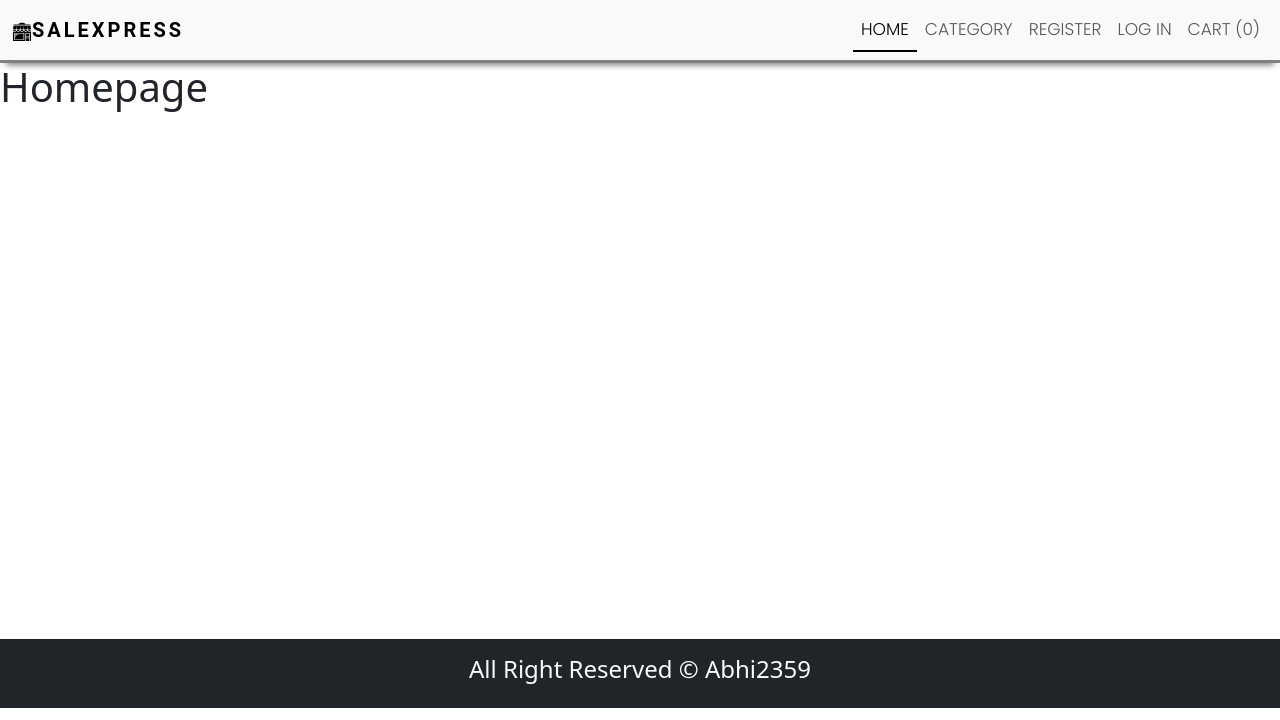
Repository: Abhi2359/SaleXpress
Page: / (app in client/)
These files come from the project's save history. The page is drawn as it stood at one moment and after the next save; the edit follows.
The browser window is 1280 px wide. The pictures show the whole page.
The project was rebuilt for these pictures with package versions that can differ from the ones it lists, and the page was loaded fresh each time. Also part of the build but not shown: client/vite.config.js, client/src/pages/About.jsx, client/src/pages/Policy.jsx, client/src/pages/PageNotFound.jsx.

Above is the page before, as saved 2023-05-08 19:24:53.

### client/index.html
<!DOCTYPE html>
<html lang="en">
  <head>
    <meta charset="UTF-8" />
    <link href="https://cdn.jsdelivr.net/npm/bootstrap@5.3.0-alpha3/dist/css/bootstrap.min.css" rel="stylesheet" integrity="sha384-KK94CHFLLe+nY2dmCWGMq91rCGa5gtU4mk92HdvYe+M/SXH301p5ILy+dN9+nJOZ" crossorigin="anonymous">
    <meta name="viewport" content="width=device-width, initial-scale=1.0" />
    <title>SaleXpress</title>
  </head>
  <body>
    <div id="root"></div>
    <script src="https://cdn.jsdelivr.net/npm/bootstrap@5.3.0-alpha3/dist/js/bootstrap.bundle.min.js" integrity="sha384-ENjdO4Dr2bkBIFxQpeoTz1HIcje39Wm4jDKdf19U8gI4ddQ3GYNS7NTKfAdVQSZe" crossorigin="anonymous"></script>
    <script type="module" src="/src/main.jsx"></script>
  </body>
</html>

### client/src/main.jsx
import React from 'react'
import ReactDOM from 'react-dom/client'
import App from './App.jsx'
import './index.css'
import {BrowserRouter} from "react-router-dom"

ReactDOM.createRoot(document.getElementById('root')).render(
  <BrowserRouter>

  <React.StrictMode>
    <App />
  </React.StrictMode>
  </BrowserRouter>
)

### client/src/App.jsx

import {Routes,Route} from "react-router-dom"
import Homepage from "./pages/HomePage"
import About from "./pages/About"
import Policy from "./pages/Policy"
import PageNotFound from "./pages/PageNotFound"
function App() {

  return (
    <>

<Routes>
  <Route path='/' element={<Homepage/>}/>
  <Route path='/about' element={<About/>}/>
  <Route path='/contact' element={<About/>}/>
  <Route path='/policy' element={<Policy/>}/>
  <Route path='*' element={<PageNotFound/>}/>

</Routes>


    </>
  )
}

export default App

### client/src/index.css

@import url('https://fonts.googleapis.com/css2?family=Heebo:wght@600&family=Kumbh+Sans:wght@800&family=Playfair+Display:wght@700&family=Poppins:ital,wght@0,300;0,400;0,500;1,300;1,600&display=swap');


*{
    margin: 0;
    padding: 0;
    box-sizing: border-box;
}

/* font-family: 'Poppins', sans-serif; */
/* font-family: 'Playfair Display', serif; */

/* Navbar CSS */

.navbar {
    font-family: "Poppins", sans-serif;
    font-size: 17px;
    line-height: 26px;
    text-transform: uppercase;
    box-shadow: 0 8px 6px -6px gray;
    --webkit-box-shadow: 0 8px 6px -6px gray;
    border-bottom: solid gray !important;
  }

  .nav-link {
    font-weight: 300 !important;
  }

  .active {
    border-bottom: 2px solid black;
  }

  .navbar-brand {
    font-weight: 700;
    font-family: "roboto", sans-serif;
    letter-spacing: 3px;
  }
  /* =============================
  ==========footer============= */

  .footer {
    color: white;
    padding: 25px;
    background: #000000; /* fallback for old browsers */
    background: -webkit-linear-gradient(
      to right,
      #434343,
      #000000
    ); /* Chrome 10-25, Safari 5.1-6 */
    background: linear-gradient(to right, #434343, #000000);
  }

  .footer a {
    text-decoration: none;
    color: white;
    padding: 10px;
  }

  .footer a:hover {
    color: #ffefba;
    border-bottom: 1px solid #ffefba;
  }
  /* =================================
  ======== page not found css ======= */
  .pnf {
    display: flex;
    min-height: 65vh;
    flex-direction: column;
    align-items: center;
    justify-content: center;
  }

  .pnf-title {
    font-size: 100px;
    font-weight: 700;
  }

  .pnf-heading {
    font-weight: normal;
  }

  .pnf-btn {
    color: black;
    border: 1px solid black;
    text-decoration: none;
    padding: 10px;
    margin-top: 10px;
  }
  .pnf-btn:hover {
    background-color: black;
    color: white;
  }
  /* ========================================= */
  /* =========contact us ========= */
  .contactus {
    margin: 0;
    padding: 0;
    height: 70vh;
    display: flex;
    align-items: center;
    justify-content: center;
  }

### client/src/pages/HomePage.jsx
import React from 'react'
import Layout from "./../components/Layout/Layout"
const HomePage = () => {
  return (
 <Layout>
    <h1>Homepage</h1>
 </Layout>
  )
}

export default HomePage

### client/src/components/Layout/Layout.jsx
import React from 'react'
import Header from './Header'
import Footer from './Footer'

const Layout = ({children}) => {
  return (
    <div>
        <Header/>
        <main style={{minHeight:"80vh"}}>

        {children}
        </main>
        <Footer/>
    </div>
  )
}

export default Layout

### client/src/components/Layout/Header.jsx
import React from "react";
import { NavLink,Link } from "react-router-dom";
import {GiShop} from "react-icons/gi"
const Header = () => {
  return (
    <>
      <nav className="navbar navbar-expand-lg bg-body-tertiary">
        <div className="container-fluid">
          <button
            className="navbar-toggler"
            type="button"
            data-bs-toggle="collapse"
            data-bs-target="#navbarTogglerDemo01"
            aria-controls="navbarTogglerDemo01"
            aria-expanded="false"
            aria-label="Toggle navigation"
          >
            <span className="navbar-toggler-icon"></span>
          </button>
          <div className="collapse navbar-collapse" id="navbarTogglerDemo01">
            <Link to="/" className="navbar-brand">
              <GiShop />SaleXpress
            </Link>
            <ul className="navbar-nav ms-auto mb-2 mb-lg-0">
              <li className="nav-item">
                <NavLink to="/" className="nav-link ">
                  Home
                </NavLink>
              </li>
              <li className="nav-item">
                <NavLink to="/category" className="nav-link">
                  Category
                </NavLink>
              </li>
              <li className="nav-item">
                <NavLink to="/register" className="nav-link">
                  Register
                </NavLink>
              </li>
              <li className="nav-item">
                <NavLink to="/login" className="nav-link">
                  Log In
                </NavLink>
              </li>
              <li className="nav-item">
                <NavLink to="/cart" className="nav-link">
                  {" "}
                  Cart (0)
                </NavLink>
              </li>
            </ul>
          </div>
        </div>
      </nav>
    </>
  );
};

export default Header;

### client/src/components/Layout/Footer.jsx
import React from 'react'

const Footer = () => {
  return (
    <div className='bg-dark text-light p-3'>
        <h4 className='text-center'> All Right Reserved &copy; Abhi2359</h4>
    </div>
  )
}

export default Footer

After the next save:
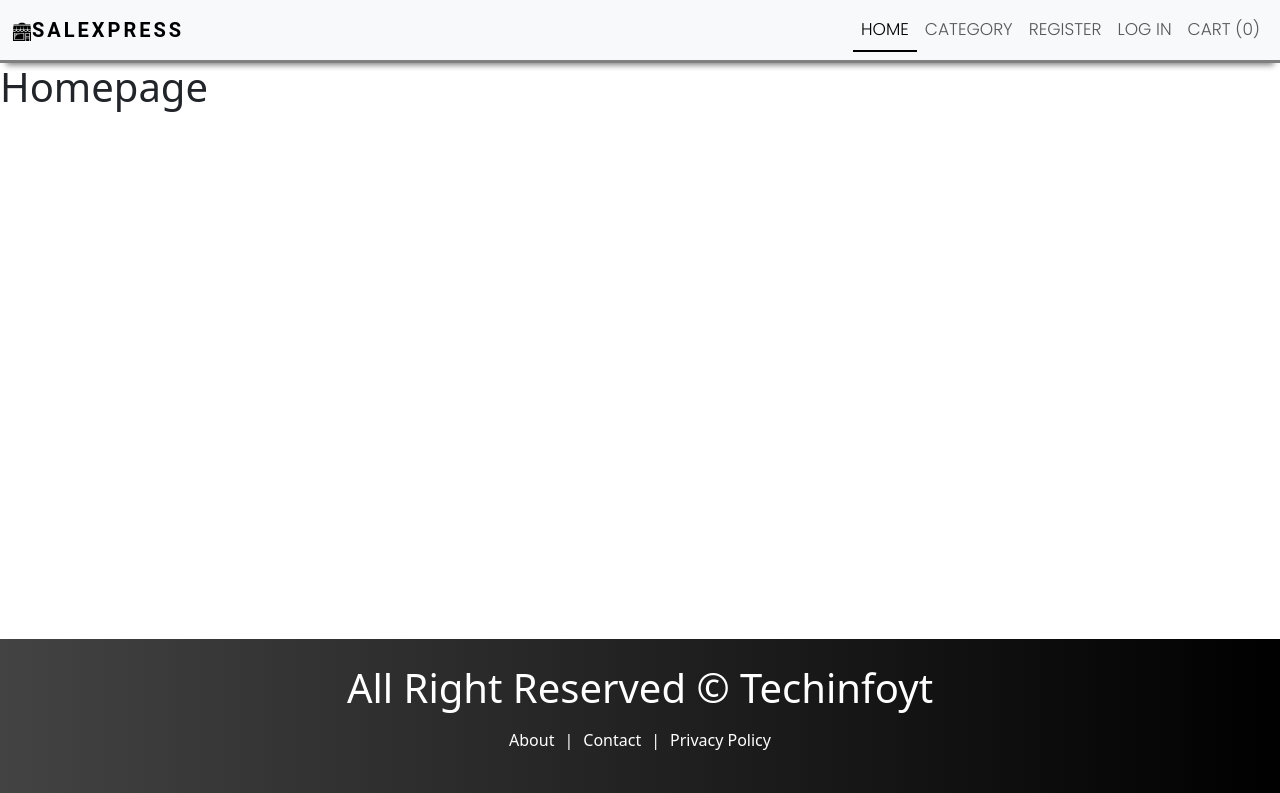
Saved 2 min 11 s later.
--- a/client/src/components/Layout/Footer.jsx
+++ b/client/src/components/Layout/Footer.jsx
@@ -1,11 +1,15 @@
-import React from 'react'
-
+import React from "react";
+import { Link } from "react-router-dom";
 const Footer = () => {
   return (
-    <div className='bg-dark text-light p-3'>
-        <h4 className='text-center'> All Right Reserved &copy; Abhi2359</h4>
+    <div className="footer">
+      <h1 className="text-center">All Right Reserved &copy; Techinfoyt</h1>
+      <p className="text-center mt-3">
+        <Link to="/about">About</Link>|<Link to="/contact">Contact</Link>|
+        <Link to="/policy">Privacy Policy</Link>
+      </p>
     </div>
-  )
-}
+  );
+};
 
-export default Footer
+export default Footer;
